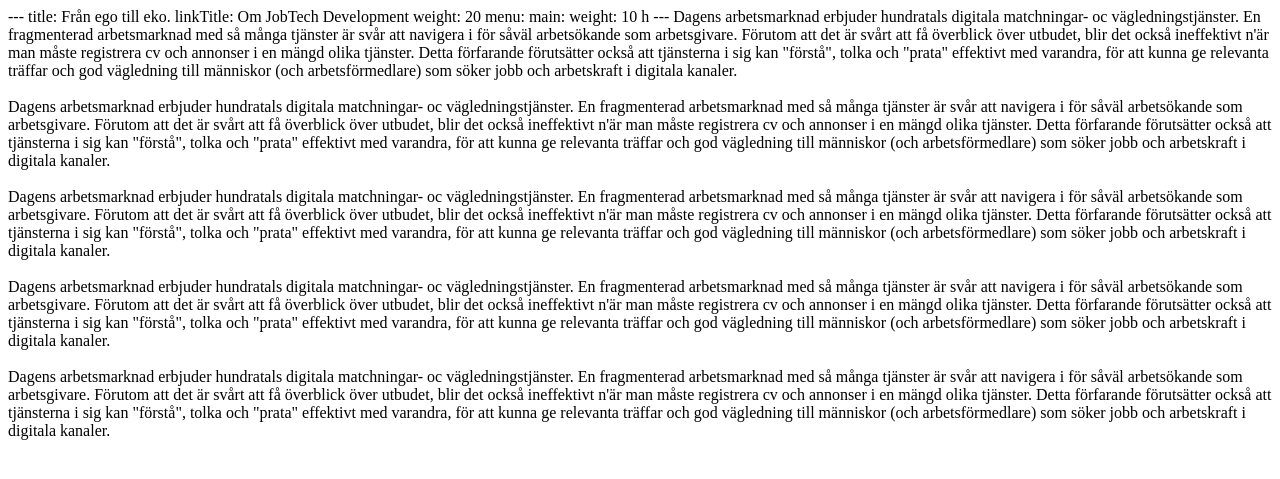
Repository: rudasn/docsy-cms-netlify
Page: content/sv/about/_index.html
The author's editor kept a copy of each file at every save. The page is drawn from the files as they stood at one save, then again after the next save.
The browser window is 1280 px wide. The pictures show the whole page.

Above is the page before, as saved 2021-05-04 16:11:11.

### content/sv/about/_index.html

---
title: Från ego till eko.
linkTitle: Om JobTech Development
weight: 20
menu:
  main:
    weight: 10
h
---




Dagens arbetsmarknad erbjuder hundratals digitala matchningar- oc  vägledningstjänster.
En fragmenterad arbetsmarknad med så många tjänster är svår att navigera i för såväl arbetsökande som arbetsgivare. Förutom att det är svårt att få överblick över utbudet, blir det också ineffektivt n'är man  måste registrera cv och annonser i en mängd olika tjänster.
Detta förfarande förutsätter också att tjänsterna i sig kan "förstå", tolka och "prata" effektivt med varandra, för att kunna ge relevanta träffar och god vägledning till människor (och arbetsförmedlare)
som söker jobb och arbetskraft i digitala kanaler.  <br>
<br>


Dagens arbetsmarknad erbjuder hundratals digitala matchningar- oc  vägledningstjänster.
En fragmenterad arbetsmarknad med så många tjänster är svår att navigera i för såväl arbetsökande som arbetsgivare. Förutom att det är svårt att få överblick över utbudet, blir det också ineffektivt n'är man  måste registrera cv och annonser i en mängd olika tjänster.
Detta förfarande förutsätter också att tjänsterna i sig kan "förstå", tolka och "prata" effektivt med varandra, för att kunna ge relevanta träffar och god vägledning till människor (och arbetsförmedlare)
som söker jobb och arbetskraft i digitala kanaler.
<br>
<br>


Dagens arbetsmarknad erbjuder hundratals digitala matchningar- oc  vägledningstjänster.
En fragmenterad arbetsmarknad med så många tjänster är svår att navigera i för såväl arbetsökande som arbetsgivare. Förutom att det är svårt att få överblick över utbudet, blir det också ineffektivt n'är man  måste registrera cv och annonser i en mängd olika tjänster.
Detta förfarande förutsätter också att tjänsterna i sig kan "förstå", tolka och "prata" effektivt med varandra, för att kunna ge relevanta träffar och god vägledning till människor (och arbetsförmedlare)
som söker jobb och arbetskraft i digitala kanaler.
<br><br>

Dagens arbetsmarknad erbjuder hundratals digitala matchningar- oc  vägledningstjänster.
En fragmenterad arbetsmarknad med så många tjänster är svår att navigera i för såväl arbetsökande som arbetsgivare. Förutom att det är svårt att få överblick över utbudet, blir det också ineffektivt n'är man  måste registrera cv och annonser i en mängd olika tjänster.
Detta förfarande förutsätter också att tjänsterna i sig kan "förstå", tolka och "prata" effektivt med varandra, för att kunna ge relevanta träffar och god vägledning till människor (och arbetsförmedlare)
som söker jobb och arbetskraft i digitala kanaler.
<br><br>

Dagens arbetsmarknad erbjuder hundratals digitala matchningar- oc  vägledningstjänster.
En fragmenterad arbetsmarknad med så många tjänster är svår att navigera i för såväl arbetsökande som arbetsgivare. Förutom att det är svårt att få överblick över utbudet, blir det också ineffektivt n'är man  måste registrera cv och annonser i en mängd olika tjänster.
Detta förfarande förutsätter också att tjänsterna i sig kan "förstå", tolka och "prata" effektivt med varandra, för att kunna ge relevanta träffar och god vägledning till människor (och arbetsförmedlare)
som söker jobb och arbetskraft i digitala kanaler.

After the next save:
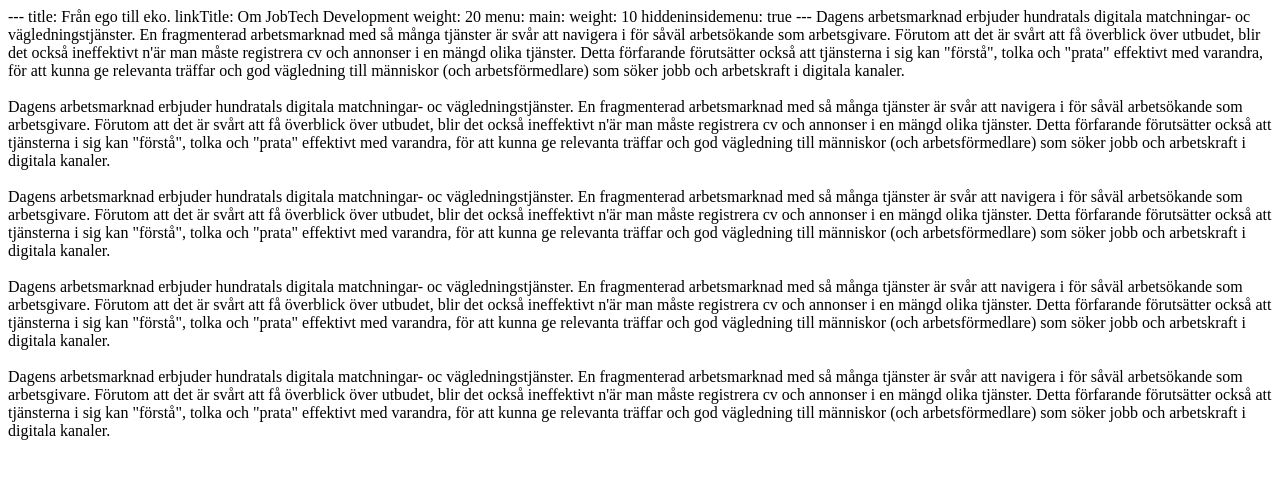
Saved 7 s later.
--- a/content/sv/about/_index.html
+++ b/content/sv/about/_index.html
@@ -6,7 +6,7 @@
 menu:
   main:
     weight: 10
-h
+hiddeninsidemenu: true
 ---
 
 
